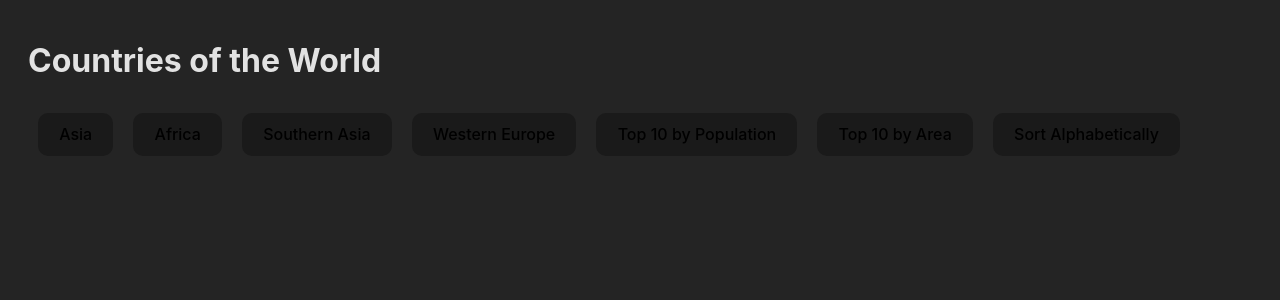
Repository: SandyLy453/comp-lab10
Page: /
These files come from the project's save history. The page is drawn as it stood at one moment and after the next save; the edit follows.
The browser window is 1280 px wide. The pictures show the whole page.
The page's requests for data from a server got no answer. The project was rebuilt for these pictures with package versions that can differ from the ones it lists, and the page was loaded fresh each time. No one was signed in, and anything a server would have sent is missing. Also part of the build but not shown: vite.config.js, src/components/Contry.jsx.

Above is the page before, as saved 2024-11-14 22:53:28.

After the next save:
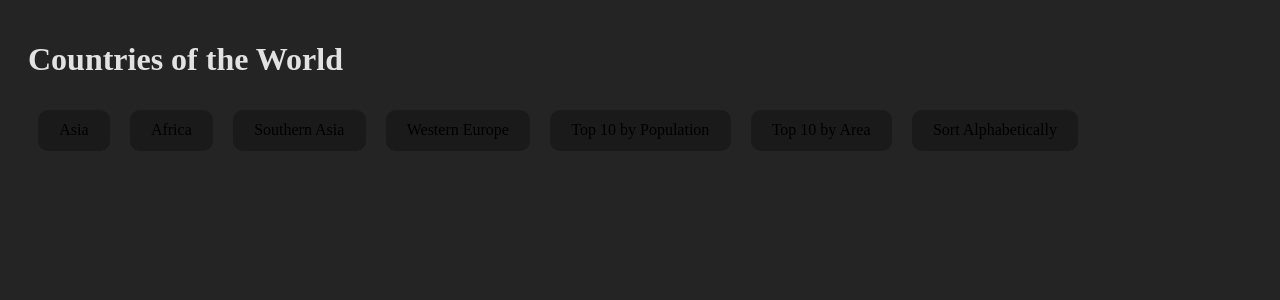
Saved 24 s later.
--- a/src/index.css
+++ b/src/index.css
@@ -1,6 +1,5 @@
 :root {
-  font-family: Inter, system-ui, Avenir, Helvetica, Arial, sans-serif;
-  line-height: 1.25;
+  font-family: "Poppins";
   font-weight: 400;
 
   color-scheme: light dark;
